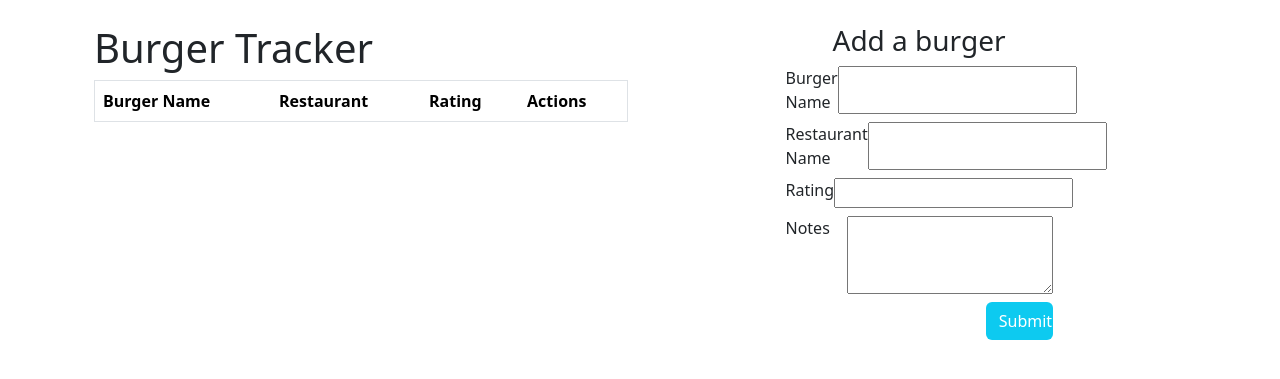
Repository: Hokusai12/Java_Dojo
Page: http://localhost/burgertracker/WEB-INF/index.jsp
The author's editor kept a copy of each file at every save. The page is drawn from the files as they stood at one save, then again after the next save.
The browser window is 1280 px wide. The pictures show the whole page.
The page is served by Tomcat 9. Nobody is signed in. Other server files are loaded and not shown. The template is opened directly, without the code that normally fills it, so the values that code supplies are empty.

Above is the page before, as saved 2023-03-05 20:52:41.

### Spring/MVC/burgertracker/src/main/webapp/WEB-INF/index.jsp
<%@ page language="java" contentType="text/html; charset=ISO-8859-1"
	pageEncoding="ISO-8859-1"%>
<%@ taglib prefix="c" uri="http://java.sun.com/jsp/jstl/core"%>
<%@ taglib prefix="form" uri="http://www.springframework.org/tags/form"%>
<%@ page isErrorPage="true"%>
<!DOCTYPE html>
<html>
<head>
<meta charset="ISO-8859-1">
<link
	href="https://cdn.jsdelivr.net/npm/bootstrap@5.3.0-alpha1/dist/css/bootstrap.min.css"
	rel="stylesheet"
	integrity="sha384-GLhlTQ8iRABdZLl6O3oVMWSktQOp6b7In1Zl3/Jr59b6EGGoI1aFkw7cmDA6j6gD"
	crossorigin="anonymous">
<title>Burgerator</title>
</head>
<body>
	<div class="container mt-4 d-flex justify-content-around">
		<div class="container col-6">
			<h1>Burger Tracker</h1>
			<table class="table border">
				<thead>
					<tr>
						<th>Burger Name</th>
						<th>Restaurant</th>
						<th>Rating</th>
						<th>Actions</th>
					</tr>
				</thead>
				<tbody>
					<c:forEach items="${burgers}" var="burger">
						<tr>
							<td>${burger.name}</td>
							<td>${burger.restaurant}</td>
							<td>${burger.rating}</td>
							<td><a href="/burgers/edit/${burger.id}">Edit</a></td>
						</tr>
					</c:forEach>
				</tbody>
			</table>
		</div>
		<div class="container d-flex flex-column align-items-center justify-content-center">
			<h3>Add a burger</h3>
			<form:form class="d-flex flex-column gap-2 col-6 " action="/burgers"
				method="POST" modelAttribute="burger">
				<div class="d-flex justify-content-between">
					<form:label path="name">Burger Name</form:label>
					<form:input type="text" path="name" />
				</div>
				<form:errors class="text-danger" path="name" />
				<div class="d-flex justify-content-between">
					<form:label path="restaurant">Restaurant Name</form:label>
					<form:input type="text" path="restaurant" />
				</div>
				<form:errors class="text-danger" path="restaurant" />
				<div class="d-flex justify-content-between">
					<form:label path="rating">Rating</form:label>
					<form:input type="number" path="rating" step="0.1" />
				</div>
				<form:errors class="text-danger" path="rating" />
				<div class="d-flex justify-content-between">
					<form:label path="notes">Notes</form:label>
					<form:textarea path="notes" id="notes" cols="20" rows="3"></form:textarea>
				</div>
				<form:errors class="text-danger" path="notes" />
				<input
					class="col-3 btn bg-info text-white align-self-end"
					type="submit" value="Submit" />
			</form:form>
		</div>
	</div>
</body>
</html>

After the next save:
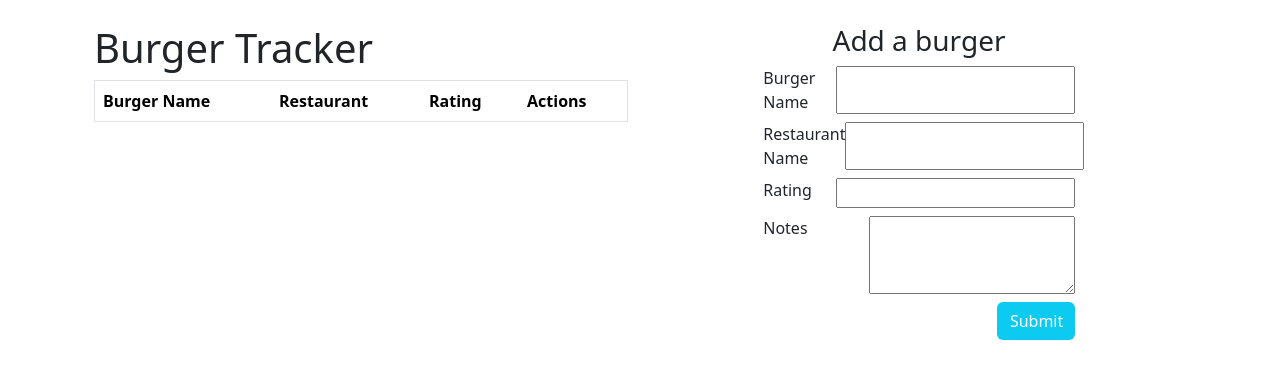
Saved 22 s later.
--- a/Spring/MVC/burgertracker/src/main/webapp/WEB-INF/index.jsp
+++ b/Spring/MVC/burgertracker/src/main/webapp/WEB-INF/index.jsp
@@ -41,7 +41,7 @@
 		</div>
 		<div class="container d-flex flex-column align-items-center justify-content-center">
 			<h3>Add a burger</h3>
-			<form:form class="d-flex flex-column gap-2 col-6 " action="/burgers"
+			<form:form class="d-flex flex-column gap-2 col-7 " action="/burgers/"
 				method="POST" modelAttribute="burger">
 				<div class="d-flex justify-content-between">
 					<form:label path="name">Burger Name</form:label>
